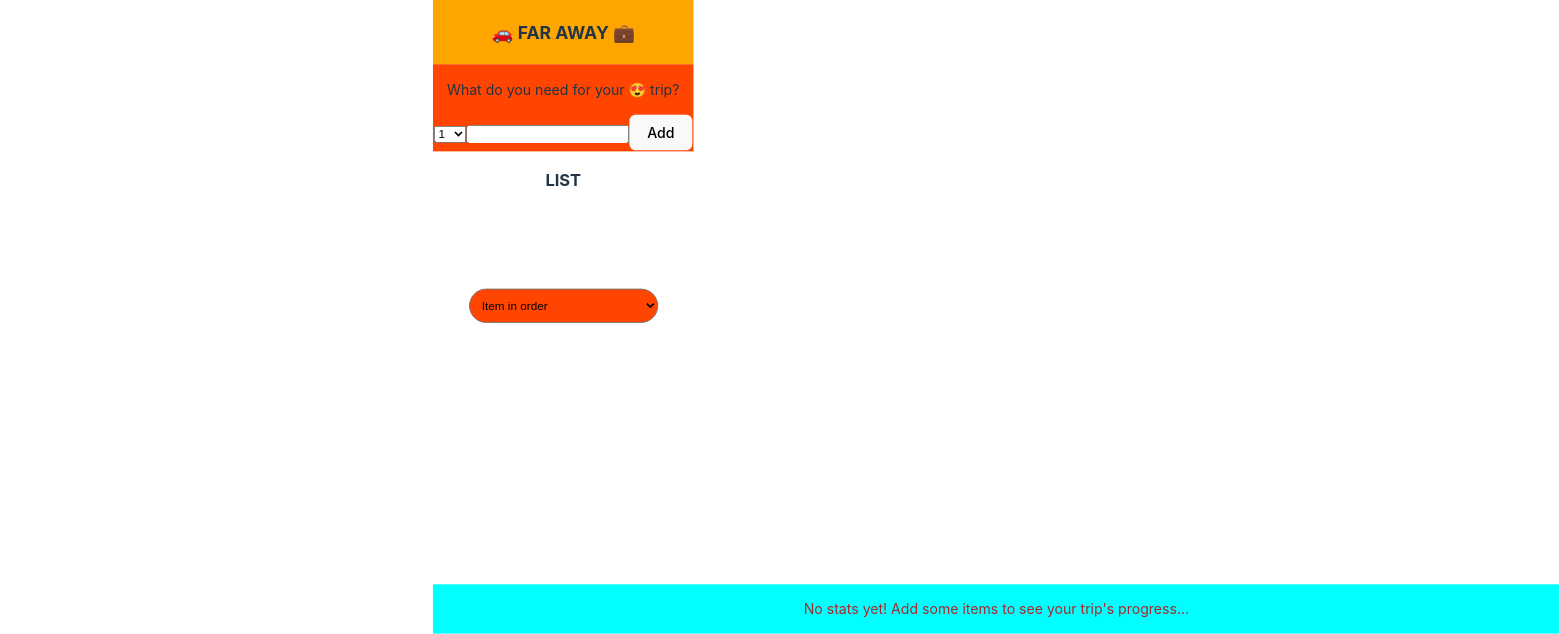
Repository: Celebration-cloud/Trip-Add-To-List
Page: /
An editor plug-in stored every save of this project. The page is shown before and after a run of saves, followed by the edit.
The browser window is 1280 px wide. The page is 1772 px wide, so the pictures cover 1772 px, including what lies to the right of the window. The pictures show the whole page, at 88% of full size.
The project was rebuilt for these pictures with package versions that can differ from the ones it lists, and the page was loaded fresh each time. Also part of the build but not shown: vite.config.js.

Above is the page before, as saved 2023-10-29 16:40:10.

After the next 4 saves:
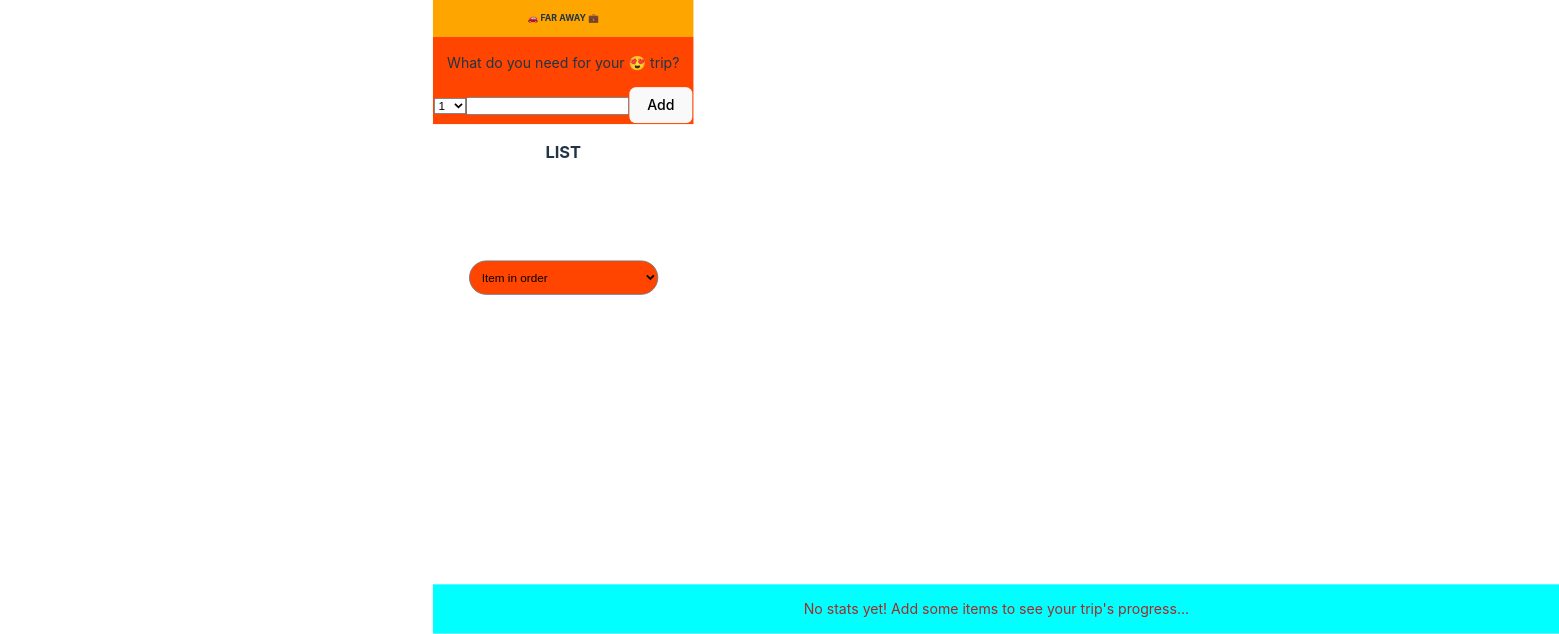
The 4 saves are shown as one change because they came seconds apart.
The last was saved 11 s later.
--- a/src/Trip-List/TripList.css
+++ b/src/Trip-List/TripList.css
@@ -12,7 +12,7 @@
 }
 .title{
     font-family: inherit;
-    font-size: 20px;
+    font-size: 10px;
 }
 @media (max-width: 480px) {
     .static{

After the save that followed:
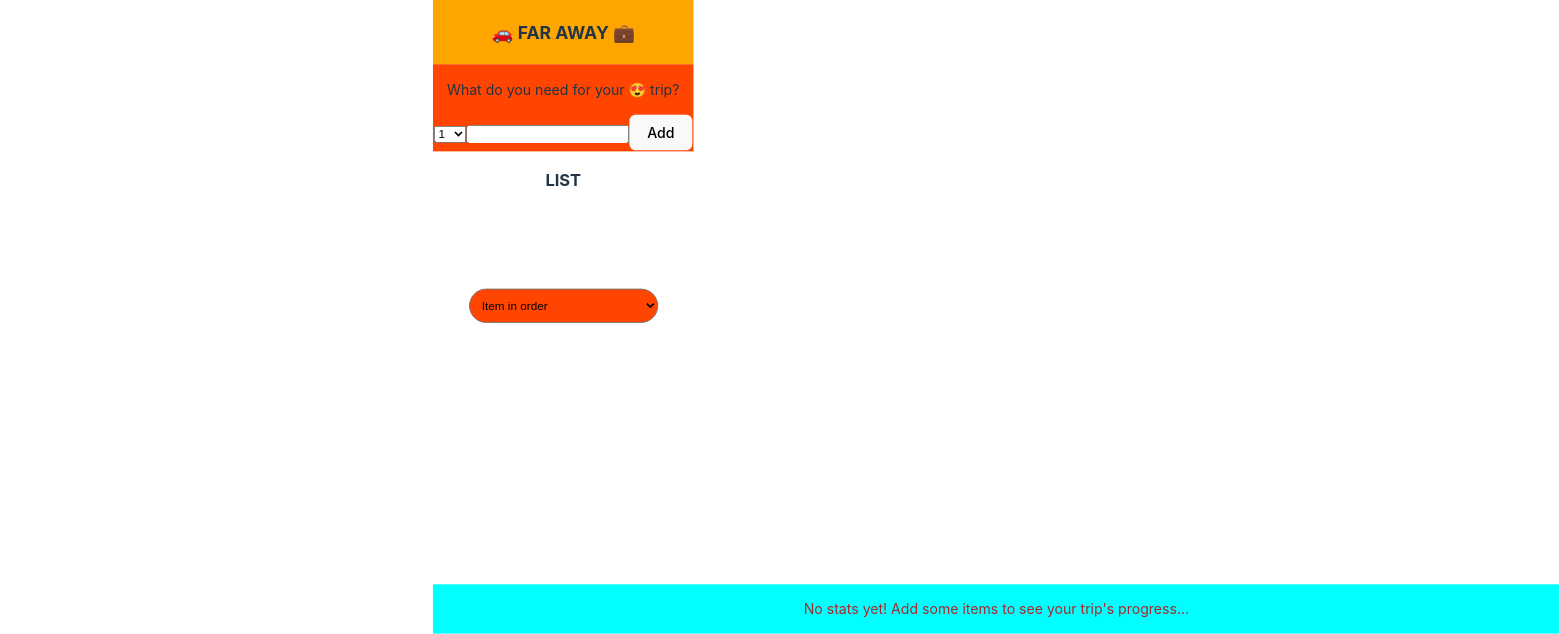
Saved 9 s later.
--- a/src/Trip-List/TripList.css
+++ b/src/Trip-List/TripList.css
@@ -12,7 +12,7 @@
 }
 .title{
     font-family: inherit;
-    font-size: 10px;
+    font-size: 20px;
 }
 @media (max-width: 480px) {
     .static{
